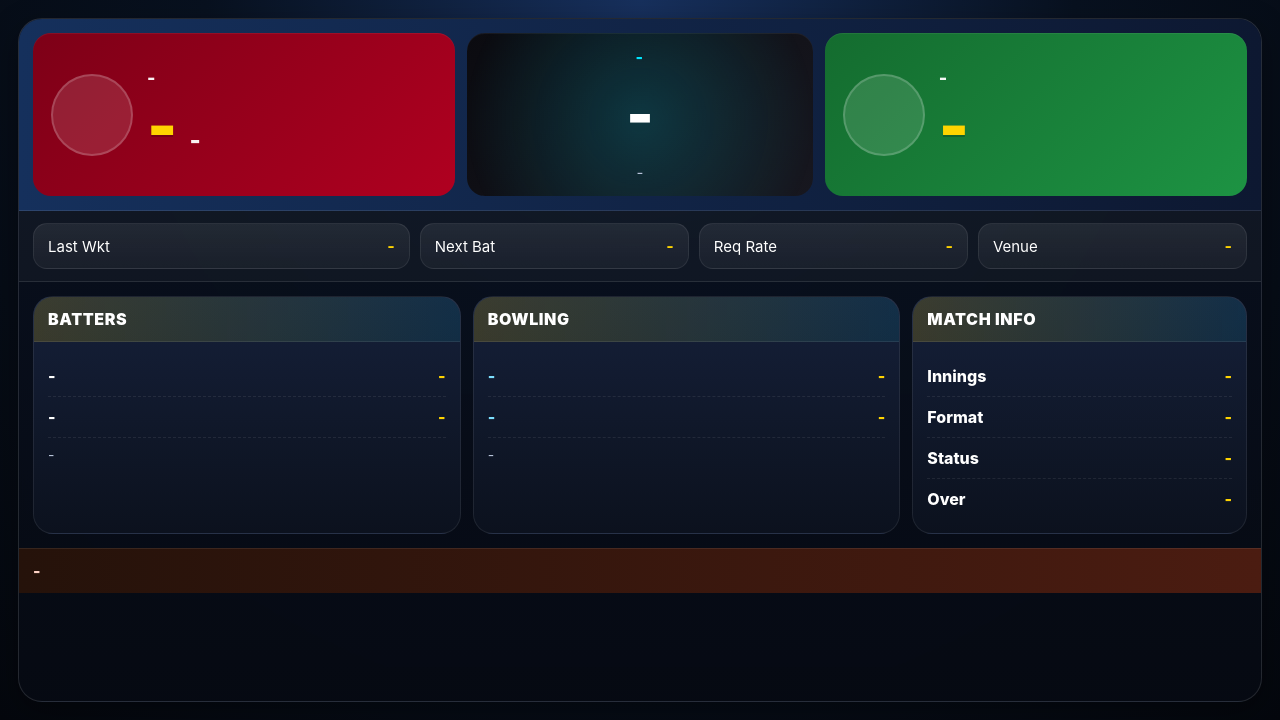
Repository: GauravMG/cricket-scorecard
Page: views/live-score/index.html
These files come from the project's save history. The page is drawn as it stood at one moment and after the next save; the edit follows.
The browser window is 1280 px wide. The pictures show the whole page.
The page's requests for data from a server got no answer.

Above is the page before, as saved 2026-03-31 14:27:55.

After the next save:
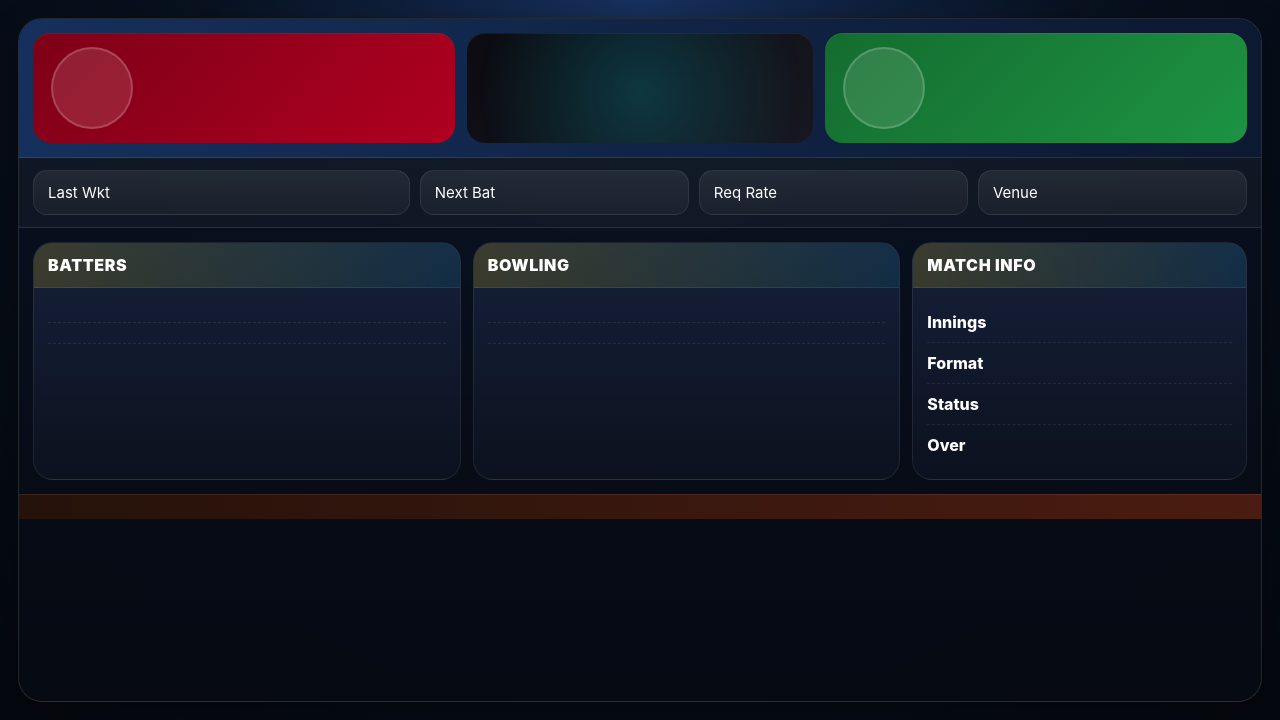
Saved 8 s later.
--- a/views/live-score/index.html
+++ b/views/live-score/index.html
@@ -110,7 +110,7 @@
     </div>
   </div>
 
-  <script src="./script.js"></script>
+  <!-- <script src="./script.js"></script> -->
 </body>
 
 </html>

After the save that followed:
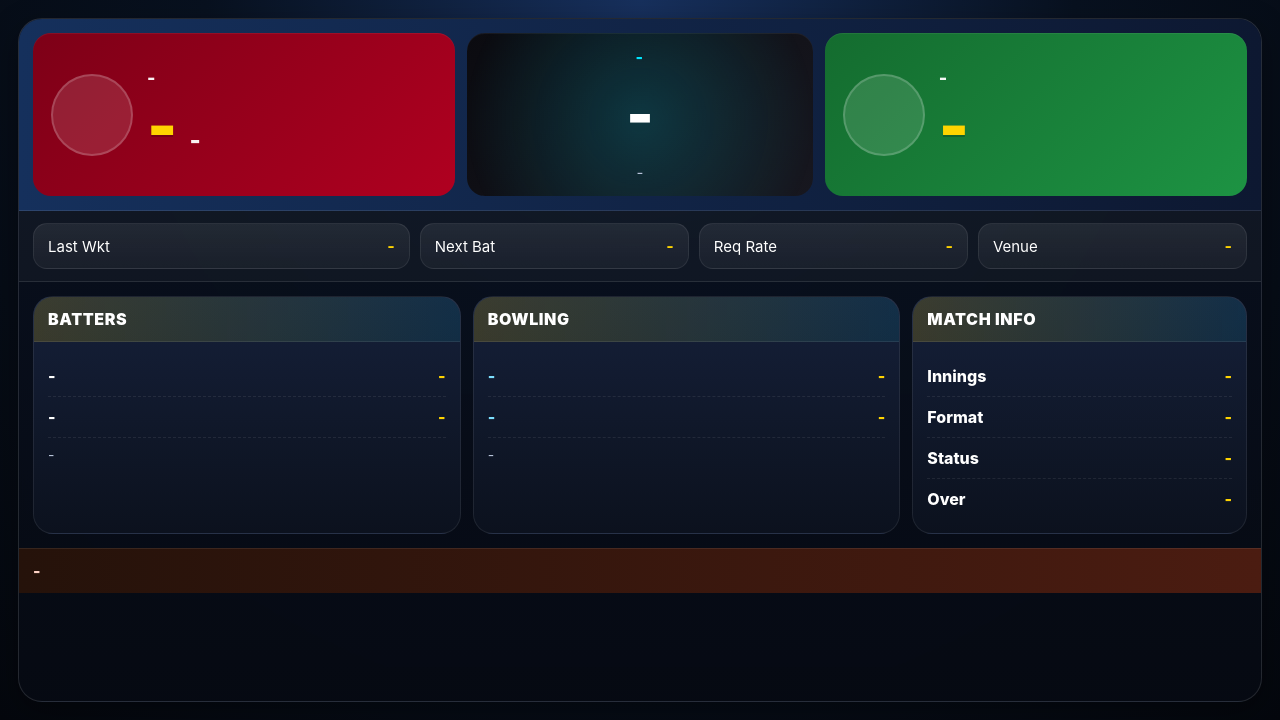
Saved 4 s later.
--- a/views/live-score/index.html
+++ b/views/live-score/index.html
@@ -110,7 +110,7 @@
     </div>
   </div>
 
-  <!-- <script src="./script.js"></script> -->
+  <script src="./script.js"></script>
 </body>
 
 </html>
